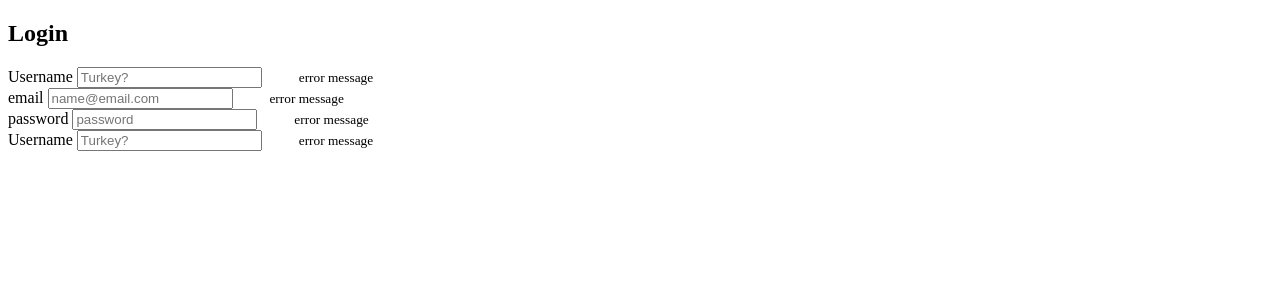
Repository: Abdoulrhman-altyeb/form-_validation-
Page: index.html
An editor plug-in stored every save of this project. The page is shown before and after the next save, followed by the edit.
The browser window is 1280 px wide. The pictures show the whole page.

Above is the page before, as saved 2021-05-23 20:39:23.

### index.html
<!DOCTYPE html>
<html lang="en">
<head>
    <meta charset="UTF-8">
    <meta http-equiv="X-UA-Compatible" content="IE=edge">
    <meta name="viewport" content="width=device-width, initial-scale=1.0">
    <link rel="stylesheet" href="https://cdnjs.cloudflare.com/ajax/libs/font-awesome/5.15.3/css/all.min.css"
        integrity="sha512-iBBXm8fW90+nuLcSKlbmrPcLa0OT92xO1BIsZ+ywDWZCvqsWgccV3gFoRBv0z+8dLJgyAHIhR35VZc2oM/gI1w=="
        crossorigin="anonymous" referrerpolicy="no-referrer" />
    <title>form validation</title>
</head>
<body>
    <div class="conatiner">
        <div class="header">
            <h2>Login</h2>
        </div>
        <form class="form">
            <div class="form-control">
                <label for="username">Username</label>
                <input type="text" placeholder="Turkey?" id="username">
                <i class="fad fa-check-circle"></i>
                <i class="fad fa-exclamation-circle"></i>
                <small>error message</small>
            </div>
            <div class="form-control">
                <label for="email">email</label>
                <input type="email" placeholder="name@email.com" id="email">
                <i class="fad fa-check-circle"></i>
                <i class="fad fa-exclamation-circle"></i>
                <small>error message</small>
            </div>
            <div class="form-control">
                <label for="password">password</label>
                <input type="password" placeholder="password" id="password">
                <i class="fad fa-check-circle"></i>
                <i class="fad fa-exclamation-circle"></i>
                <small>error message</small>
            </div>
            <div class="form-control">
                <label for="username">Username</label>
                <input type="text" placeholder="Turkey?" id="username">
                <i class="fad fa-check-circle"></i>
                <i class="fad fa-exclamation-circle"></i>
                <small>error message</small>
            </div>
        </form>
    </div>
</body>
</html>

After the next save:
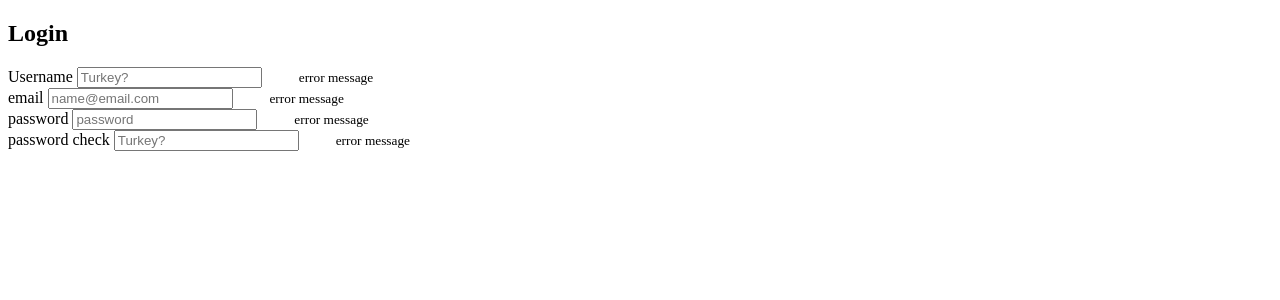
Saved 6 s later.
--- a/index.html
+++ b/index.html
@@ -37,7 +37,7 @@
                 <small>error message</small>
             </div>
             <div class="form-control">
-                <label for="username">Username</label>
+                <label for="username">password check</label>
                 <input type="text" placeholder="Turkey?" id="username">
                 <i class="fad fa-check-circle"></i>
                 <i class="fad fa-exclamation-circle"></i>
